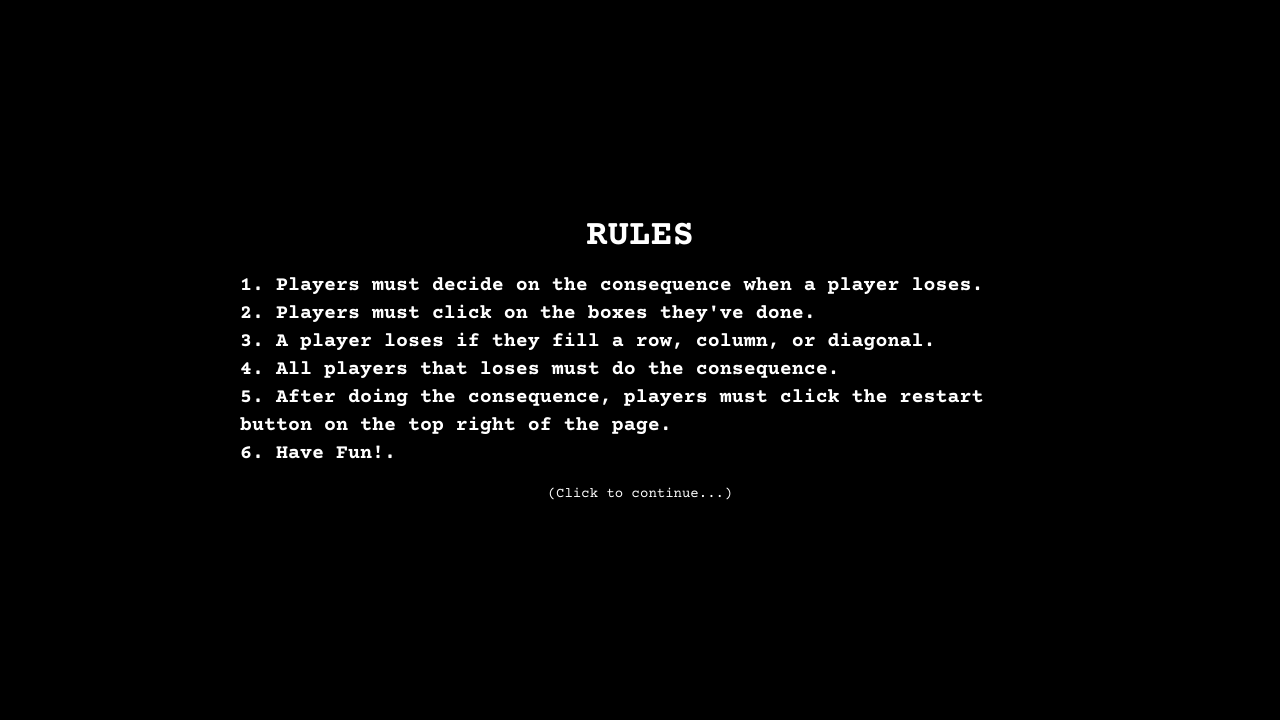
Repository: Jeysmeister/sensoryminds-bingo
Page: /
These files come from the project's save history. The page is drawn as it stood at one moment and after the next save; the edit follows.
The browser window is 1280 px wide. The pictures show the whole page.
The project was rebuilt for these pictures with package versions that can differ from the ones it lists, and the page was loaded fresh each time. The framework's server and built-in components were replaced by stand-ins that run in the browser. Also part of the build but not shown: next.config.ts.

Above is the page before, as saved 2024-11-12 18:07:35.

### app/layout.tsx
import type { Metadata } from "next";
import { Courier_Prime } from "next/font/google";
import "./globals.css";
import Header from "./components/Header";

export const metadata: Metadata = {
  title: "Never have I BINGO",
  description: "Sensory Minds Front-End Coding Challenge",
};

const courier = Courier_Prime({
  subsets: ["latin"],
  weight: ["400", "700"],
});

export default function RootLayout({
  children,
}: Readonly<{
  children: React.ReactNode;
}>) {
  return (
    <html lang="en">
      <body className={`${courier.className} antialiased`}>{children}</body>
    </html>
  );
}

### app/page.tsx
import { neverHaveIEverQuestions } from "@/data/questions";
import BingoCard from "./components/BingoCard";
import Header from "./components/Header";

export default function Home() {
  const getRandomQuestions = (count: number) => {
    const shuffled = [...neverHaveIEverQuestions].sort(() => 0.5 - Math.random());
    return shuffled.slice(0, count);
  };
  const questions = getRandomQuestions(24);
  return (
    <div className="flex w-screen overflow-hidden">
      {/* <div className="cursor-pointer">
        <div className="w-screen h-screen flex justify-center items-center text-white bg-black flex-col gap-4">
          <div className="text-xl font-bold">Welcome to</div> <div className="text-4xl font-bold">NEVER HAVE I BINGO</div>
          <div className="text-sm">(Click to continue...)</div>
        </div>
      </div> */}
      <div className="cursor-pointer">
        <div className="w-screen h-screen flex justify-center items-center text-white bg-black flex-col gap-4">
          <div className="text-4xl font-extrabold">RULES</div>
          <div className="flex flex-col text-xl font-bold text-left w-[800px]">
            <div>1. Players must decide on the consequence when a player loses.</div>
            <div>2. Players must click on the boxes they've done.</div>
            <div>3. A player loses if they fill a row, column, or diagonal.</div>
            <div>4. All players that loses must do the consequence.</div>
            <div>5. After doing the consequence, players must click the restart button on the top right of the page.</div>
            <div>6. Have Fun!.</div>
          </div>
          <div className="text-sm">(Click to continue...)</div>
        </div>
      </div>
      {/* <div className="w-screen h-screen flex flex-col justify-center items-center">
        <Header />
        <BingoCard questions={questions} />
      </div> */}
    </div>
  );
}

### data/questions.ts
export const neverHaveIEverQuestions = [
  "laughed so hard I snorted",
  "eaten a whole pizza by myself",
  "stayed up all night binge-watching a series",
  "danced in the rain",
  "tried to learn another language just to impress someone",
  "accidentally texted the wrong person",
  "pretended to know a celebrity",
  "had a nightmare about work or school",
  "played a prank on a teacher or boss",
  "gone skinny dipping",
  "gotten lost in an amusement park",
  "been on a blind date",
  "pretended to be on a cooking show while making food",
  "locked myself out of my house",
  "forgotten an important anniversary or birthday",
  "tried a weird food combination that I ended up loving",
  "cried during a movie",
  "played a video game all night",
  "forgotten someone's name right after meeting them",
  "laughed at a joke I didn't get",
  "sung karaoke in public",
  "cried at a wedding",
  "been the last one awake at a sleepover",
  "tried to start a fire without matches or a lighter",
  "accidentally sent a message to the wrong person",
  "made up an excuse to get out of a date",
  "accidentally walked into the wrong restroom",
  "gotten a tattoo I regretted",
  "pretended to like a gift I didn't like",
  "been on a roller coaster",
  "cried during a song",
  "fainted in public",
  "had my phone fall in water",
  "pretended to be sick to skip school or work",
  "done a backflip",
  "lied to my best friend",
  "been scared of clowns",
  "cried at a concert",
  "sang in the shower",
  "had a crush on a teacher",
  "broken a bone",
  "eaten food that was still frozen",
  "gotten stitches",
  "driven a car",
  "ridden a motorcycle",
  "been to a haunted house",
  "been on TV",
  "been afraid of the dark",
  "been stuck in an elevator",
  "lost my wallet",
  "cooked an elaborate meal for myself",
  "accidentally broken a friend's item and didn't tell them",
  "regretted a social media post",
  "missed a flight",
  "forgotten my passport while traveling",
  "made a mess and left it for someone else to clean",
  "skipped school or work for a road trip",
  "written a poem for someone",
  "fallen asleep on public transportation and missed my stop",
  "said 'you too' when a cashier said 'enjoy your meal'",
  "been told I look like a celebrity",
  "stayed up all night talking to someone",
  "gone to a costume party as myself",
  "bought something just for the packaging",
  "tried to do the splits",
  "put something back on the shelf after deciding not to buy it",
  "worn pajamas in public",
  "ordered an item of food just to take a picture of it",
  "walked into a glass door",
  "gone somewhere just for the free food",
  "tried a dance move from a music video",
  "lost something important and found it years later",
  "kept a plant alive for over a year",
  "given a fake name at a coffee shop",
  "forgotten where I parked my car",
  "forgotten my own phone number",
  "sent a text while angry that I regretted later",
  "watched an entire series in a single day",
  "had a song stuck in my head for days",
  "missed an important event because I overslept",
  "gotten sunburned so badly I peeled",
  "tried to ice skate and fallen",
  "been in a flash mob",
  "left a comment on a stranger's social media",
  "gone to the movies alone",
  "pretended to understand something I didn't",
  "stolen something small from a hotel",
  "broken a bone and not realized it immediately",
  "sent an email without proofreading it first",
  "taken a personality quiz online",
  "signed up for something I didn't want just for a freebie",
  "gotten a scar from something silly",
  "apologized to an object after bumping into it",
  "lost track of time while browsing the internet",
  "taken a selfie with a pet",
  "stayed in pajamas all day",
  "been seasick",
  "seen a ghost",
  "tried to play matchmaker for friends",
  "pretended I knew the words to a song",
  "kept a secret for over a year",
  "ate something weird just to prove I could",
  "looked up my own name on the internet",
  "changed my hairstyle on a whim",
  "put salt in coffee or tea by accident",
  "eaten a whole cake by myself",
  "watched a movie and fell asleep halfway through",
  "had an imaginary friend",
  "been to a concert",
  "eaten food that was past its expiration date",
  "accidentally called someone by the wrong name",
  "broken something expensive and blamed it on someone else",
  "spent more than $100 on something I didn’t need",
  "used someone else's toothbrush",
  "tried to eat something spicy and regretted it immediately",
  "posted something embarrassing online",
  "tried to flirt and failed miserably",
  "lied about my age",
  "been on a dating app",
  "used a fake ID",
  "faked being sick to avoid something",
  "lived in a place that wasn’t my own",
  "kept something from my childhood",
  "had a pet that wasn’t a dog or cat",
  "faked a phone call",
  "ate something because it was trendy",
  "thought I was going to die at some point",
  "slept through an alarm",
  "danced in front of a mirror",
  "sang in front of a mirror",
  "had a food fight",
  "tried to become friends with someone just because they were popular",
  "stalked someone on social media",
  "tried to break up with someone but didn’t",
  "had a crush on a fictional character",
  "joined a group just to get discounts",
  "told someone a secret and regretted it",
  "ate something I didn’t like to be polite",
  "cheated on a test",
  "used a burner phone",
  "felt awkward in a social setting",
  "kept a childhood toy",
  "threw a surprise party for someone",
  "accidentally walked into a room full of people while I was on a video call",
  "joined a club to meet new people",
  "went on a blind date",
  "helped a friend cheat on an exam",
  "had a weird pet",
  "forgotten to charge my phone",
  "called in sick to work when I wasn’t",
  "been caught stealing something",
  "tried to take a shortcut that ended up being longer",
  "left a store without paying for something",
  "made a fake profile to prank someone",
  "kept a really embarrassing thing secret from my family",
  "met someone famous",
  "slept through an important meeting",
  "had a crush on a teacher",
  "sang in public",
  "had a bad haircut and didn’t tell anyone",
  "used a dating app without success",
  "snuck into a movie",
  "made a prank phone call",
  "used someone’s Netflix account without permission",
  "went on a vacation alone",
  "used a discount code that wasn’t meant for me",
  "accidentally wore mismatched socks",
  "tried a weird life hack that didn’t work",
  "got scammed online",
  "eaten an entire chocolate bar in one sitting",
  "seen something creepy and didn’t tell anyone",
  "been told to be quiet in a library",
  "been to a theme park with friends",
  "gotten in trouble for something I didn’t do",
  "had a fashion disaster",
  "was a picky eater when I was younger",
  "accidentally liked an old photo on social media",
  "wore sunglasses inside",
  "stayed up late for no reason",
  "had an awkward family gathering",
  "been called out in a public place",
  "tried to impress someone and failed",
  "lost a bet and had to do something silly",
  "said something inappropriate in front of my parents",
  "been to a concert of a band I didn’t like",
  "laughed during a serious moment",
  "tried to sell something I didn’t need",
  "talked to someone only to realize I had met them before",
  "tried to skip a line and got caught",
  "ate food that was not prepared by me",
  "tried to fix something and made it worse",
  "was shocked by something that turned out to be a prank",
  "pretended to be asleep when someone walked in",
  "had a crush on someone for a long time without telling them",
  "spent too much money on coffee",
  "missed a major event because I overslept",
  "sent a message to the wrong person by accident",
  "accidentally made an embarrassing sound in public",
  "looked up how to do something but still couldn’t",
  "tried to impress someone with a talent I didn’t have",
  "tried a food that sounded good but tasted bad",
  "was caught talking to myself in public",
  "made a mess and didn’t clean it up",
  "was caught eavesdropping on a conversation",
  "spent more than I planned on something",
  "told someone I was busy when I wasn’t",
  "went somewhere just for the food",
  "tried to act cool but failed",
  "lost something and then found it in a place I looked earlier",
  "spent an entire day in my pajamas",
  "tried a DIY project and it turned out horrible",
  "pretended to be an expert at something",
  "laughed at a joke I didn’t understand",
  "accidentally sent a text with a typo to my boss",
  "talked to someone for a while only to realize they weren’t who I thought",
  "tried to speak another language and failed",
  "got caught in a lie",
  "accidentally said something inappropriate",
  "pretended to know how to drive but didn’t",
  "lost my phone and found it in the last place I looked",
  "ate something and immediately regretted it",
  "been surprised by a surprise party",
  "sung a song in the car like it was a concert",
  "pretended to be sick to avoid work",
  "had a pet that I wasn’t responsible for",
  "been on a reality TV show",
  "eaten a whole bag of chips in one sitting",
  "watched something on Netflix that was totally embarrassing",
  "forgotten to reply to a message for a week",
  "gotten lost and found my way by asking for directions",
  "been embarrassed by my own joke",
  "told a bad joke that no one laughed at",
  "forgotten my own birthday",
  "failed a simple task",
  "been caught stealing something small",
  "spied on someone without their knowledge",
  "drank coffee at midnight",
  "accidentally sent a selfie to the wrong person",
  "made a huge mistake at work",
  "accidentally dyed my hair a weird color",
  "acted like I knew something but didn’t",
  "forgotten where I put my phone",
  "told a fib that backfired",
  "shared a secret that wasn’t mine to share",
];

### app/components/BingoCard.tsx
"use client";

import { possibleWins } from "@/data/possibleWins";
import { useEffect, useState } from "react";
import BingoItem from "./BingoItem";
import { motion } from "framer-motion";

const container = {
  hidden: { opacity: 1, scale: 0 },
  visible: {
    opacity: 1,
    scale: 1,
    transition: {
      delayChildren: 0.3,
      staggerChildren: 0.2,
    },
  },
};

const child = {
  hidden: { y: 20, opacity: 0 },
  visible: {
    y: 0,
    opacity: 1,
  },
};

const BingoCard = ({ questions }: { questions: string[] }) => {
  const [marked, setMarked] = useState<number[]>([12]);
  const grid = [...questions.slice(0, 12), "FREE", ...questions.slice(12)];
  const checkForWin = (markedBoxes: number[]) => {
    return possibleWins.some((combination) => combination.every((index) => markedBoxes.includes(index)));
  };
  useEffect(() => {
    console.log(marked);
    const win = checkForWin(marked);
    if (win) {
      console.log("WINNER");
    }
  }, [marked]);

  return (
    <motion.div variants={container} initial="hidden" animate="visible" className="border border-gray-300 p-4 pt-0 rounded-xl">
      <div className="flex w-full justify-center items-center py-4 text-xl font-extrabold">NEVER HAVE I BINGO</div>
      <div className="max-w-[800px] max-h-[800px] grid grid-cols-5 gap-2">
        {grid.map((item, index) => (
          <motion.div variants={child}>
            <BingoItem key={index} index={index} item={item} marked={marked} setMarked={setMarked} />
          </motion.div>
        ))}
      </div>
    </motion.div>
  );
};

export default BingoCard;

### app/components/Header.tsx
import { Button } from "@/components/ui/button";

const Header = () => {
  return (
    <div className="p-4 w-screen flex justify-between items-center">
      <div className="text-xl">NEVER HAVE I BINGO</div>
      <Button className="font-extrabold">Next Round</Button>
    </div>
  );
};

export default Header;

### data/possibleWins.ts
export const possibleWins = [
  // Rows
  [0, 1, 2, 3, 4], // Row 1
  [5, 6, 7, 8, 9], // Row 2
  [10, 11, 12, 13, 14], // Row 3
  [15, 16, 17, 18, 19], // Row 4
  [20, 21, 22, 23, 24], // Row 5

  // Columns
  [0, 5, 10, 15, 20], // Column 1
  [1, 6, 11, 16, 21], // Column 2
  [2, 7, 12, 17, 22], // Column 3
  [3, 8, 13, 18, 23], // Column 4
  [4, 9, 14, 19, 24], // Column 5

  // Diagonals
  [0, 6, 12, 18, 24], // Diagonal 1
  [4, 8, 12, 16, 20], // Diagonal 2
];

### app/components/BingoItem.tsx
"use client";

import { useState } from "react";
import { motion } from "framer-motion";

const BingoItem = ({ index, item, marked, setMarked }: { index: number; item: string; marked: number[]; setMarked: (value: number[]) => void }) => {
  const [active, setActive] = useState(item === "FREE" ? true : false);
  const handleClick = (index: number) => {
    if (item !== "FREE") {
      const newActive = !active;
      if (newActive) {
        setActive(newActive);
        setMarked([...marked, index]);
      } else {
        setActive(newActive);
        const indexOfItem = marked.indexOf(index);
        setMarked([...marked.splice(0, indexOfItem), ...marked.splice(indexOfItem)]);
      }
    }
  };
  return (
    <motion.div
      initial={{ backgroundColor: "#ffffff" }}
      animate={{
        backgroundColor: active ? "#000000" : "#ffffff",
      }}
      transition={{ duration: 0.5 }}
      key={index}
      className={`relative flex items-center justify-center p-2 h-[130px] w-[130px] border border-gray-200 rounded ${active ? "bg-black text-white" : "bg-white text-black"} cursor-pointer`}
      onClick={() => handleClick(index)}
    >
      <p className="text-center text-sm font-extrabold capitalize">{item}</p>
    </motion.div>
  );
};

export default BingoItem;

### components/ui/button.tsx
import * as React from "react"
import { Slot } from "@radix-ui/react-slot"
import { cva, type VariantProps } from "class-variance-authority"

import { cn } from "@/lib/utils"

const buttonVariants = cva(
  "inline-flex items-center justify-center gap-2 whitespace-nowrap rounded-md text-sm font-medium transition-colors focus-visible:outline-none focus-visible:ring-1 focus-visible:ring-ring disabled:pointer-events-none disabled:opacity-50 [&_svg]:pointer-events-none [&_svg]:size-4 [&_svg]:shrink-0",
  {
    variants: {
      variant: {
        default:
          "bg-primary text-primary-foreground shadow hover:bg-primary/90",
        destructive:
          "bg-destructive text-destructive-foreground shadow-sm hover:bg-destructive/90",
        outline:
          "border border-input bg-background shadow-sm hover:bg-accent hover:text-accent-foreground",
        secondary:
          "bg-secondary text-secondary-foreground shadow-sm hover:bg-secondary/80",
        ghost: "hover:bg-accent hover:text-accent-foreground",
        link: "text-primary underline-offset-4 hover:underline",
      },
      size: {
        default: "h-9 px-4 py-2",
        sm: "h-8 rounded-md px-3 text-xs",
        lg: "h-10 rounded-md px-8",
        icon: "h-9 w-9",
      },
    },
    defaultVariants: {
      variant: "default",
      size: "default",
    },
  }
)

export interface ButtonProps
  extends React.ButtonHTMLAttributes<HTMLButtonElement>,
    VariantProps<typeof buttonVariants> {
  asChild?: boolean
}

const Button = React.forwardRef<HTMLButtonElement, ButtonProps>(
  ({ className, variant, size, asChild = false, ...props }, ref) => {
    const Comp = asChild ? Slot : "button"
    return (
      <Comp
        className={cn(buttonVariants({ variant, size, className }))}
        ref={ref}
        {...props}
      />
    )
  }
)
Button.displayName = "Button"

export { Button, buttonVariants }

Loaded but not shown: app/globals.css (common file); tailwind.config.ts (common file); lib/utils.ts (common file)

After the next save:
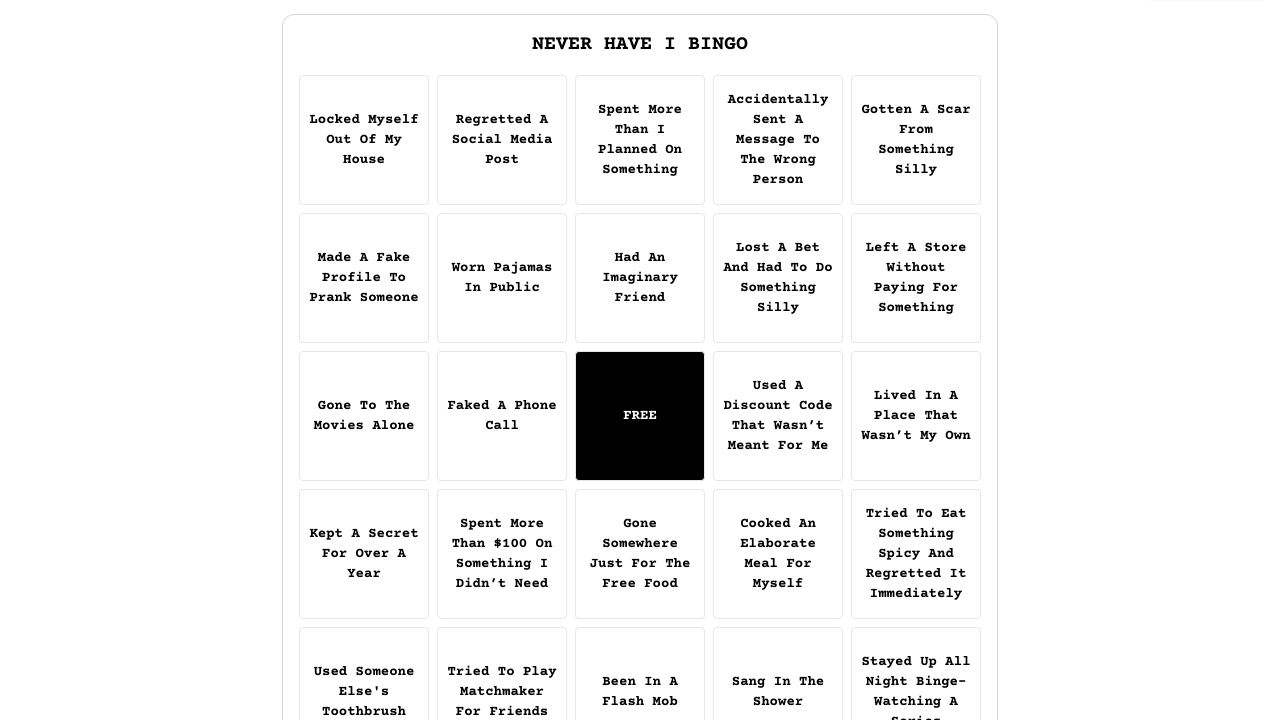
Saved 36 s later.
--- a/app/page.tsx
+++ b/app/page.tsx
@@ -16,7 +16,7 @@ export default function Home() {
           <div className="text-sm">(Click to continue...)</div>
         </div>
       </div> */}
-      <div className="cursor-pointer">
+      {/* <div className="cursor-pointer">
         <div className="w-screen h-screen flex justify-center items-center text-white bg-black flex-col gap-4">
           <div className="text-4xl font-extrabold">RULES</div>
           <div className="flex flex-col text-xl font-bold text-left w-[800px]">
@@ -29,11 +29,11 @@ export default function Home() {
           </div>
           <div className="text-sm">(Click to continue...)</div>
         </div>
-      </div>
-      {/* <div className="w-screen h-screen flex flex-col justify-center items-center">
+      </div> */}
+      <div className="w-screen h-screen flex flex-col justify-center items-center">
         <Header />
         <BingoCard questions={questions} />
-      </div> */}
+      </div>
     </div>
   );
 }
